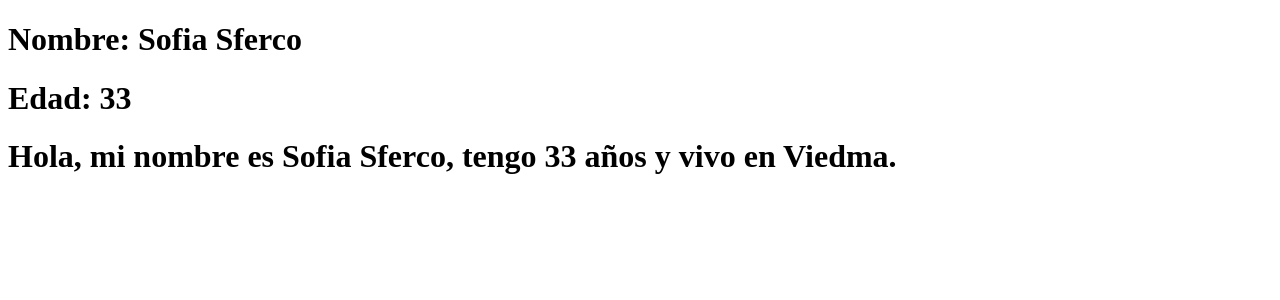
Repository: SofiaSferco/PWA-2026
Page: practico01/index.html
These files come from the project's save history. The page is drawn as it stood at one moment and after the next save; the edit follows.
The browser window is 1280 px wide. The pictures show the whole page.

Above is the page before, as saved 2026-09-10 00:10:51.

After the next save:
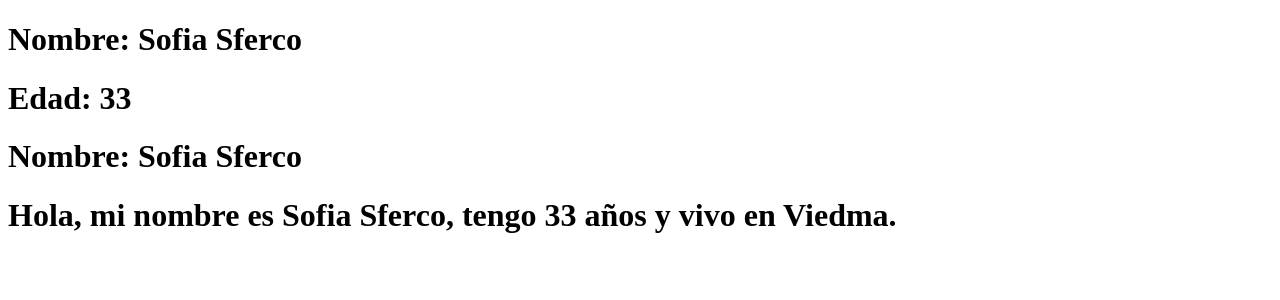
Saved 8 s later.
--- a/practico01/index.html
+++ b/practico01/index.html
@@ -9,7 +9,7 @@
     <div id="app">
         <h1>Nombre: {{nombre}}</h1>
         <h1>Edad: {{edad}}</h1>
-
+        <h1>Nombre: {{nombre}}</h1>
         <h1>Hola, mi nombre es {{nombre}}, tengo {{edad}} años y vivo en {{ciudad}}.</h1>
     </div>
     <script>
